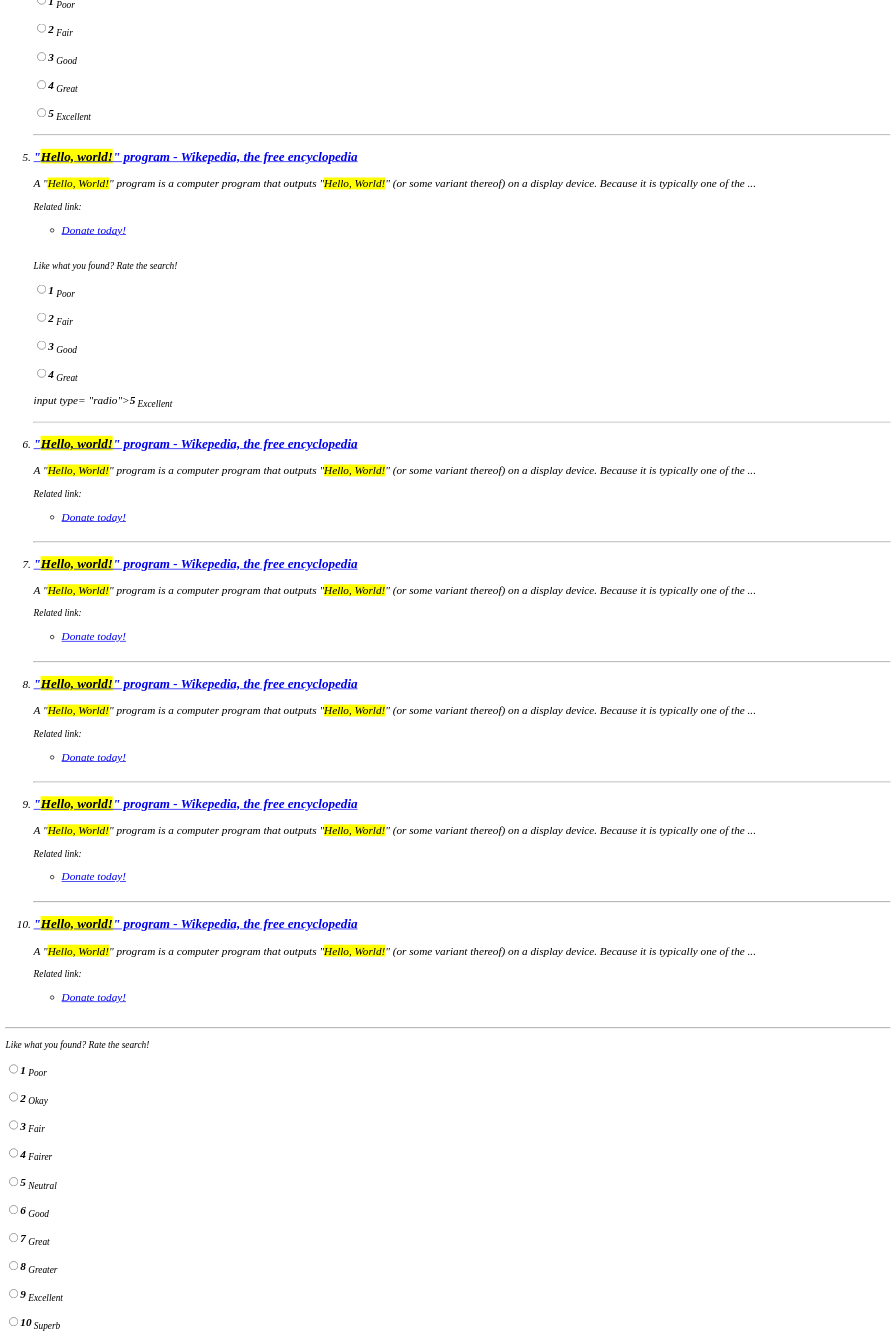
Repository: simonekurtz/simonekurtz.github.io
Page: 1ASGN_HelloWorld/HelloWorld.html
The author's editor kept a record of every edit. The page is drawn from the files as they stood at one moment, then again after the next edit.
The browser window is 1280 px wide. The pictures show the part of the page from y = 1861 to 3781 px (the page is 3781 px tall before and 3542 px after), at 70% of full size.

Above is the page before.

After the next edit:
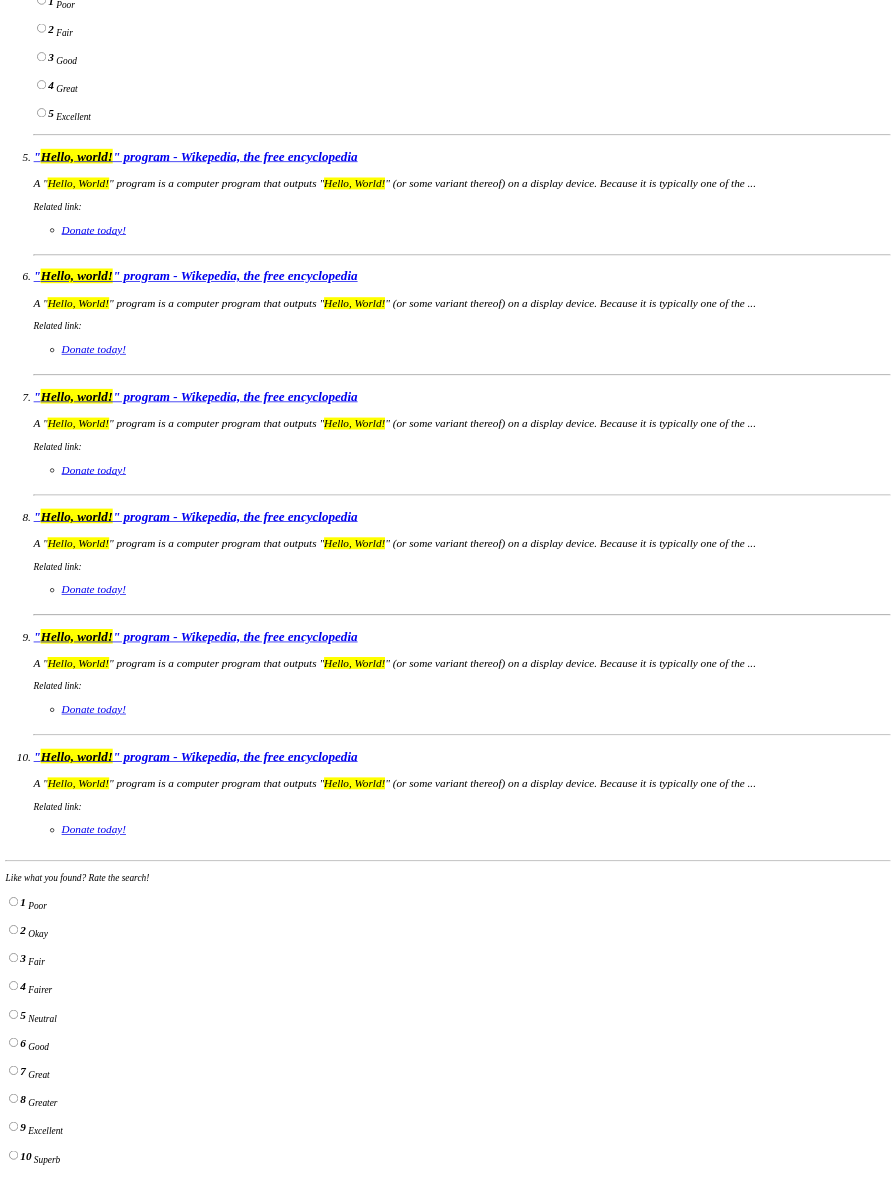
The edit:
--- a/1ASGN_HelloWorld/HelloWorld.html
+++ b/1ASGN_HelloWorld/HelloWorld.html
@@ -113,12 +113,6 @@
 
               <br>
 
-              <p><small>Like what you found? Rate the search!</small></p>
-              <p><input type= "radio"><strong>1</strong><sub> Poor</sub></p>
-              <p><input type= "radio"><strong>2</strong><sub> Fair</sub></p>
-              <p><input type= "radio"><strong>3</strong><sub> Good</sub></p>
-              <p><input type= "radio"><strong>4</strong><sub> Great</sub></p>
-              <p>input type= "radio"><strong>5</strong><sub> Excellent</sub></p>
           </li>
 
           <hr>
